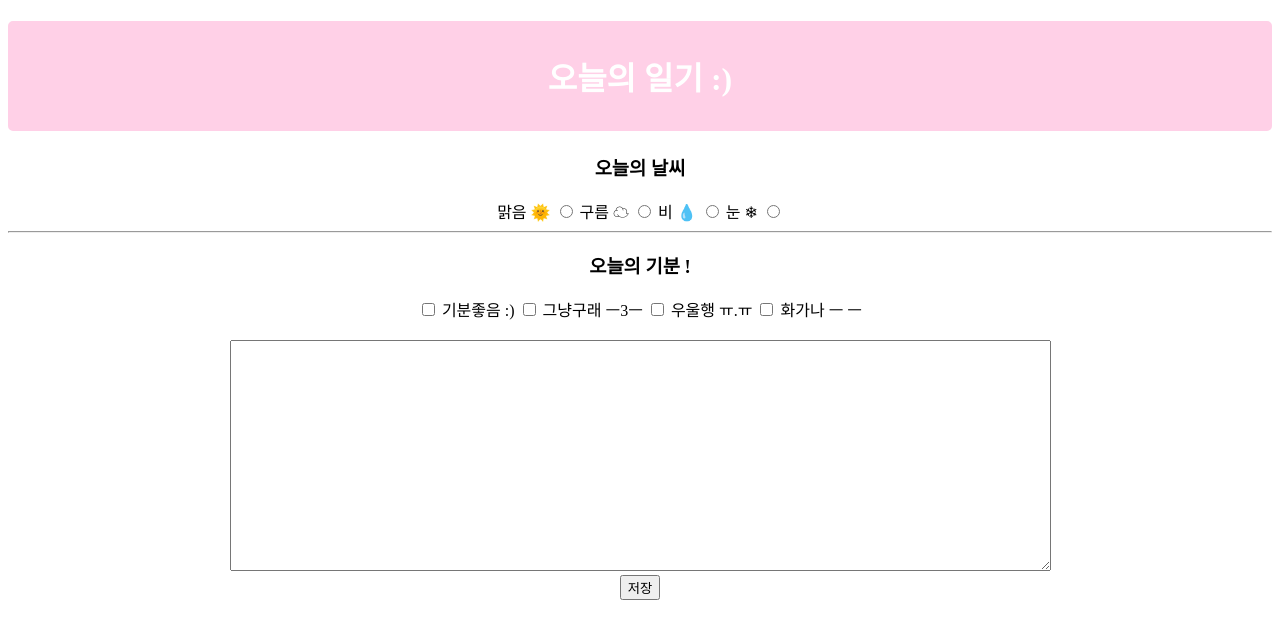
Repository: seoyeon0619/WebProgramming
Page: http://localhost/myhome1/일기쓰기.jsp
The author's editor kept a copy of each file at every save. The page is drawn from the files as they stood at one save, then again after the next save.
The browser window is 1280 px wide. The pictures show the whole page.
Some web fonts or font styles are not loaded; a fallback is used. The page is served by Tomcat 9.

Above is the page before, as saved 2022-12-29 07:29:56.

### workspace1/myhome1/src/main/webapp/일기쓰기.jsp
<%@ page language="java" contentType="text/html; charset=UTF-8"
    pageEncoding="UTF-8"%>
<!DOCTYPE html>
<html>
<head>
<meta charset="UTF-8">
<title>Insert title here</title>
<link rel="preconnect" href="https://fonts.googleapis.com"><link rel="preconnect" href="https://fonts.gstatic.com" crossorigin>
<link href="https://fonts.googleapis.com/css2?family=Gaegu:wght@700&family=Rubik+Bubbles&display=swap" rel="stylesheet">
<style>
h1 {
	text-align : center;
	color : #ffffff;
  	border: 2px solid rgb(255, 208, 231);
  	border-radius: 5px;
  	padding : 30px;
  	background-color : rgb(255, 208, 231)
	}

body{
	text-align : center;
	border : 2px
}

body.dotted {border-style: dotted;}


</style>

</head>
<body>
<style>
        body, h1, h2, h3, h4, h5, h6, p, span {
          font-family: 'Gaegu', cursive;
        }
</style>
<h1>오늘의 일기 :)</h1>

<h3>오늘의 날씨</h3>

		<label for="sel1">맑음 🌞</label>
        <input type="radio" name="lan2" id="sel1" value="1">
        <label for="sel2">구름 ☁</label>
        <input type="radio" name="lan2" id="sel2" value="2">
        <label for="sel3">비 💧</label>
        <input type="radio" name="lan2" id="sel3" value="3">
        <label for="sel4">눈 ❄</label>
        <input type="radio" name="lan2" id="sel4" value="4">

<hr>
<h3>오늘의 기분 !</h3>

        <input type="checkbox" name="lan2" id="sel1" value="1">
		<label for="sel1">기분좋음 :)</label>
        <input type="checkbox" name="lan2" id="sel2" value="2">
        <label for="sel2">그냥구래 ㅡ3ㅡ</label>
        <input type="checkbox" name="lan2" id="sel3" value="3">
        <label for="sel3">우울행 ㅠ.ㅠ</label>
        <input type="checkbox" name="lan2" id="sel4" value="4">
        <label for="sel4">화가나 ㅡ ㅡ </label>

<h3></h3>

	<textarea name="" id="" cols="100" rows="15"></textarea><br/>

<button>저장</button>
</body>
</html>

After the next save:
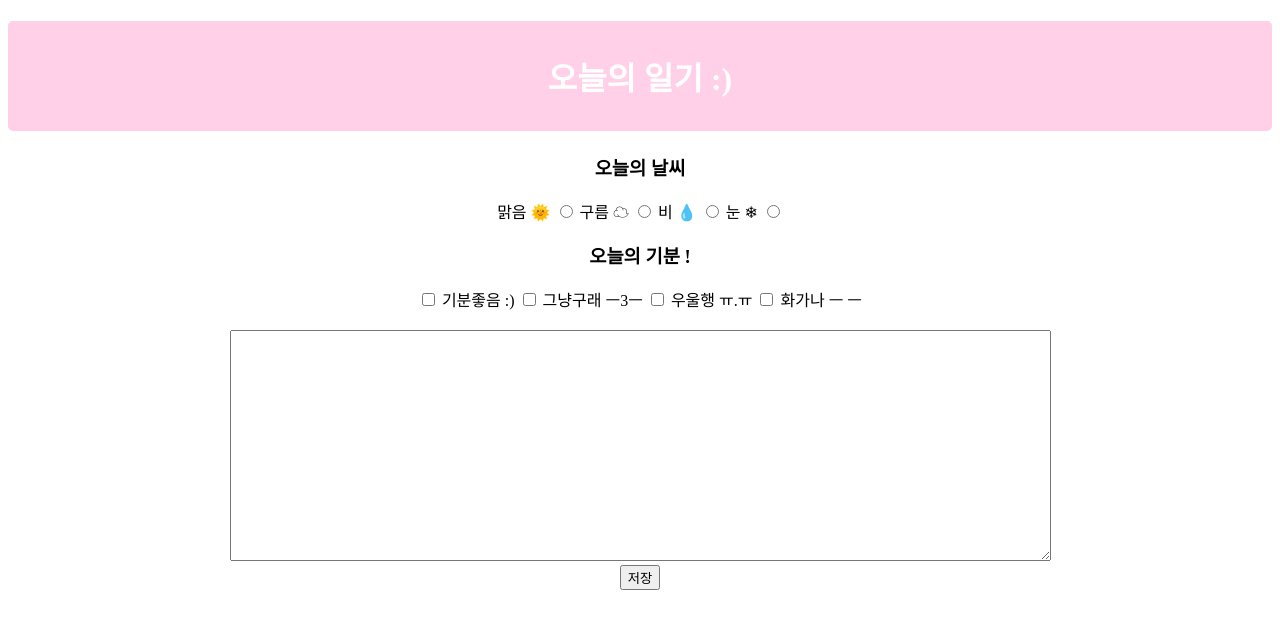
Saved 46 s later.
--- a/workspace1/myhome1/src/main/webapp/일기쓰기.jsp
+++ b/workspace1/myhome1/src/main/webapp/일기쓰기.jsp
@@ -22,7 +22,7 @@ body{
 	border : 2px
 }
 
-body.dotted {border-style: dotted;}
+.dotted {border-style: dotted;}
 
 
 </style>
@@ -47,7 +47,7 @@ body.dotted {border-style: dotted;}
         <label for="sel4">눈 ❄</label>
         <input type="radio" name="lan2" id="sel4" value="4">
 
-<hr>
+
 <h3>오늘의 기분 !</h3>
 
         <input type="checkbox" name="lan2" id="sel1" value="1">
